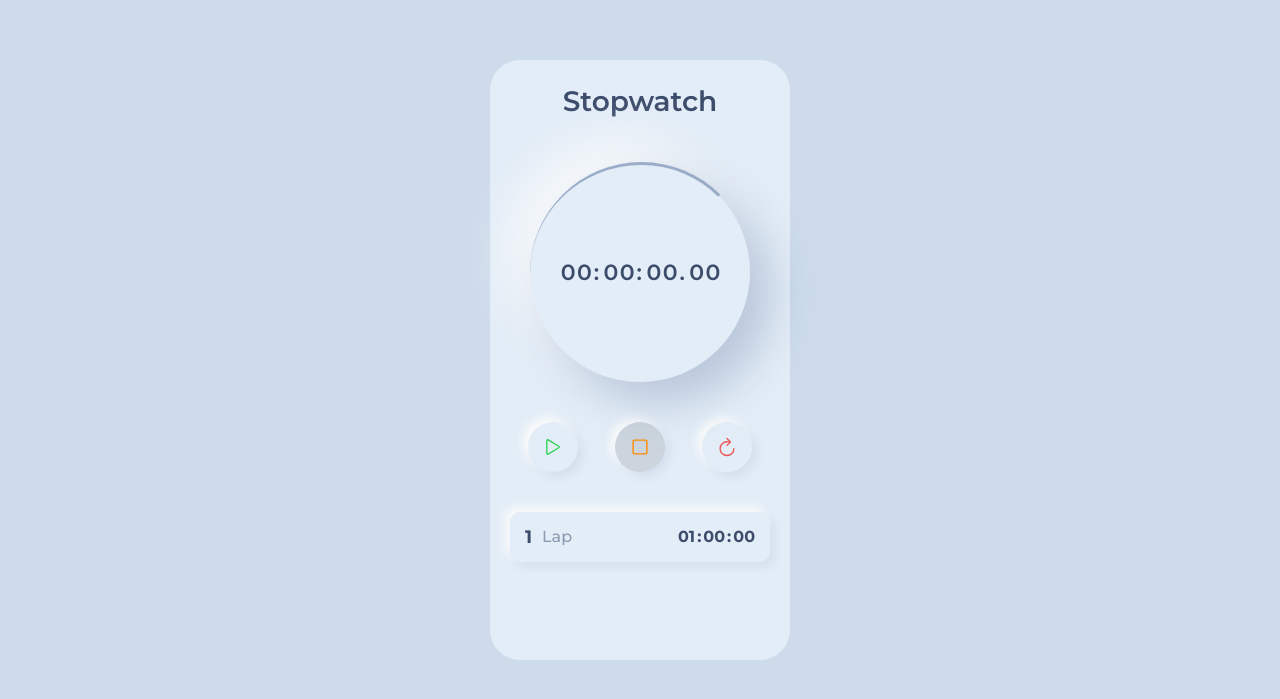
Repository: dinhtri123/stopwatch
Page: index.html
The author's editor kept a copy of each file at every save. The page is drawn from the files as they stood at one save, then again after a run of saves.
The browser window is 1280 px wide. The pictures show the whole page.

Above is the page before, as saved 2023-01-05 09:47:28.

### index.html
<!DOCTYPE html>
<html lang="en">
  <head>
    <meta charset="UTF-8" />
    <meta http-equiv="X-UA-Compatible" content="IE=edge" />
    <meta name="viewport" content="width=device-width, initial-scale=1.0" />
    <script
      type="module"
      src="https://unpkg.com/ionicons@5.5.2/dist/ionicons/ionicons.esm.js"
    ></script>
    <script
      nomodule
      src="https://unpkg.com/ionicons@5.5.2/dist/ionicons/ionicons.js"
    ></script>
    <title>Stop Watch</title>
    <link rel="stylesheet" href="style.css" />
  </head>
  <body>
    <div class="wrapper">
      <h3>Stopwatch</h3>
      <div class="timer">
        <p class="hours">00</p>
        <span>:</span>
        <p class="minutes">00</p>
        <span>:</span>
        <p class="seconds">00</p>
        <span>.</span>
        <p class="milis">00</p>
      </div>
      <div class="btn">
        <button class="btn-start">
          <ion-icon name="play-outline"></ion-icon>
        </button>
        <button class="btn-stop" disabled>
          <ion-icon name="stop-outline"></ion-icon>
        </button>
        <button class="btn-reset">
          <ion-icon name="refresh-outline"></ion-icon>
        </button>
      </div>
      <div class="history">
        <div class="lap">
          <div class="number-lap">
            <p>1</p>
            <span>Lap</span>
          </div>
          <div class="timer-lap">
            <p>01</p>
            <span>:</span>
            <p>00</p>
            <span>:</span>
            <p>00</p>
          </div>
        </div>
      </div>
    </div>
  </body>
  <script src="index.js"></script>
</html>

### style.css
@import url("https://fonts.googleapis.com/css2?family=Montserrat:wght@400;500;600;700&display=swap");
* {
  margin: 0;
  padding: 0;
  box-sizing: border-box;
  font-family: "Montserrat", sans-serif;
}
body {
  width: 100%;
  min-height: 100vh;
  height: 100%;
  font-size: 16px;
  line-height: 1.5;
  font-weight: 400;
  background-color: #cddbeb;
  display: flex;
  justify-content: center;
  align-items: center;
}
.wrapper {
  width: 300px;
  height: 600px;
  border-radius: 30px;
  background: #e3edf7;
  padding: 20px;
  display: flex;
  flex-direction: column;
  justify-content: flex-start;
  align-items: center;
  gap: 40px;
}
h3 {
  font-size: 28px;
  color: #3c4c6b;
  text-align: center;
  font-weight: 600;
}
.timer {
  background-color: #e3edf7;
  width: 220px;
  height: 220px;
  border-radius: 50%;
  display: flex;
  justify-content: center;
  align-items: center;
  gap: 3px;
  box-shadow: 20px 20px 45px #6a80a85d, -20px -20px 45px #fbfbfbd9;
  font-size: 22px;
  font-weight: 600;
  color: #3c4c6b;
  letter-spacing: 1.5px;
  position: relative;
}
.timer > p {
  width: 30px;
}
.timer::before {
  content: "";
  position: absolute;
  inset: 0;
  width: 220px;
  height: 220px;
  border-radius: 50%;
  border-top: 3px solid #6a80a899;
  border-right: 3px solid transparent;
  animation: during 1s linear infinite;
}
@keyframes during {
  to {
    transform: rotate(360deg);
  }
}

.btn {
  width: 100%;
  display: flex;
  justify-content: space-around;
}
button {
  background-color: #e3edf7;
  border: none;
  outline: none;
  border-radius: 50%;
  width: 50px;
  height: 50px;
  font-weight: 700;
  color: #3c4c6b;
  box-shadow: 5px 5px 10px #6a80a81e, -5px -5px 10px #fbfbfb;
  cursor: pointer;
  font-size: 22px;
  display: flex;
  justify-content: center;
  align-items: center;
}
.btn-start {
  color: #30d457;
}
.btn-stop {
  color: #ff8900;
  user-select: none;
  cursor: not-allowed;
  background-color: rgba(0,0,0,0.1);
}
.btn-reset {
  color: #eb5757;
}

.history {
  width: 100%;
  display: flex;
  flex-direction: column;
  gap: 20px;
}
.lap {
  width: 100%;
  height: 50px;
  background-color: #e3edf7;
  border-radius: 10px;
  box-shadow: 5px 5px 10px #6a80a81e, -5px -5px 10px #fbfbfb;
  display: flex;
  justify-content: space-between;
  align-items: center;
  padding: 10px 15px;
}
.number-lap {
  display: flex;
  align-items: center;
  gap: 10px;
}
.number-lap > p {
  font-size: 18px;
  font-weight: 700;
  color: #3c4c6b;
}
.number-lap > span {
  font-weight: 500;
  color: #8c9bb2;
}
.timer-lap {
  display: flex;
  gap: 2px;
  color: #3c4c6b;
  font-weight: 700;
  letter-spacing: 1.5;
}

### index.js
const btnStart = document.querySelector(".btn-start");
const seconds = document.querySelector(".seconds");
const minutes = document.querySelector(".minutes");
const hours = document.querySelector(".hours");
const miliseconds = document.querySelector(".milis");

btnStart.addEventListener("click", function () {
  let milis = 0;
  let sec = 0;
  let min = 0;
  let hrs = 0;
  let interval = setInterval(() => {
    milis++;
    let timerMilis = milis < 10 ? "0" + milis : milis;
    miliseconds.textContent = timerMilis > 99 ? (milis = "0" + 0) : timerMilis;
    if (timerMilis === 100) {
      sec++;
      let timer = sec < 10 ? "0" + sec : sec;
      seconds.textContent = timer > 59 ? (sec = "0" + 0) : timer;
      if (timer === 60) {
        min++;
        let timerMin = min < 10 ? "0" + min : min;
        if (min === 60) {
          hrs++;
          hours.textContent = hrs < 10 ? "0" + hrs : hrs;
        }
        minutes.textContent = timerMin > 59 ? (min = "0" + 0) : timerMin;
      }
    }
  }, 10);

  // change text btn
  btnStart.textContent = "Pause";
  if (btnStart.textContent === "Pause") {
    clearInterval(interval);

  }
});

After the next 3 saves:
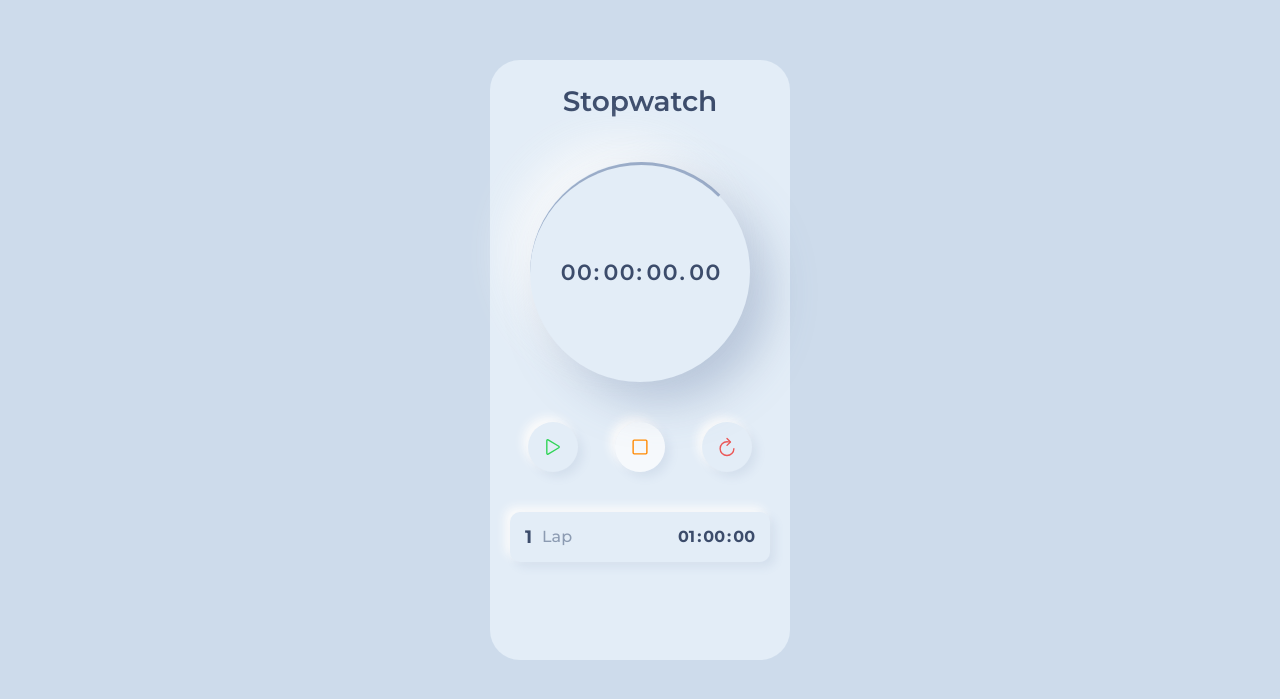
The 3 saves are shown as one change because they came seconds apart.
The last was saved 13 s later.
--- a/style.css
+++ b/style.css
@@ -99,7 +99,7 @@ button {
   color: #ff8900;
   user-select: none;
   cursor: not-allowed;
-  background-color: rgba(0,0,0,0.1);
+  background-color: rgba(255,255,255,0.7);
 }
 .btn-reset {
   color: #eb5757;
